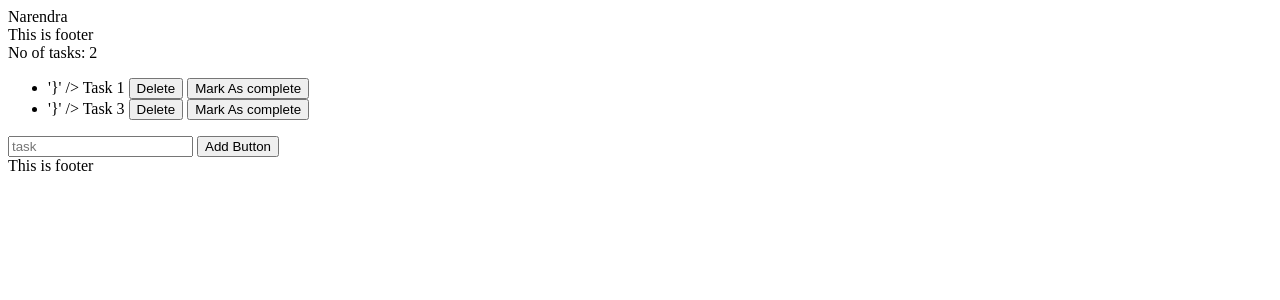
Repository: narendraiitm/jan-2023-term-live-session
Page: todo-vue/index.html
These files come from the project's save history. The page is drawn as it stood at one moment and after the next save; the edit follows.
The browser window is 1280 px wide. The pictures show the whole page.

Above is the page before, as saved 2023-02-16 17:48:00.

After the next save:
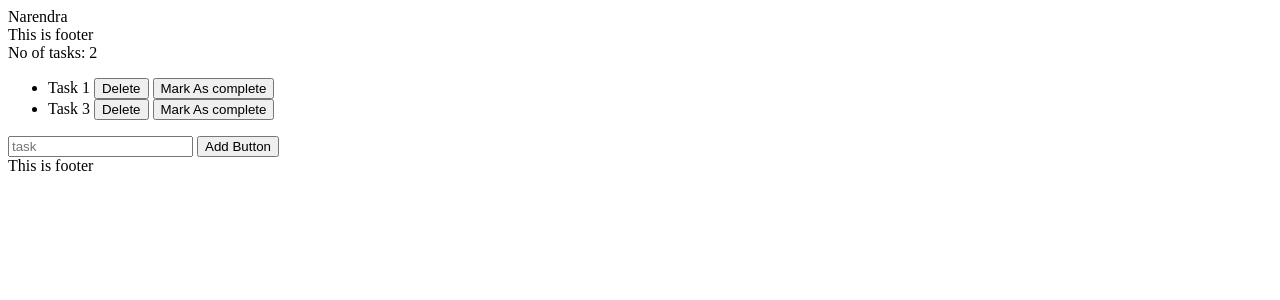
Saved 6 s later.
--- a/todo-vue/app.js
+++ b/todo-vue/app.js
@@ -24,7 +24,7 @@ new Vue({
   <ul>
 
     <li v-for='(task, index) in tasks'>
-        <Task childTask='{name: 'Narendra'}' />
+        <Task childTask="{name: 'Narendra'}" />
         <span :class='{complete: task.complete}'>{{task.name}}</span>
         <button @click='deleteTask(index)'> Delete</button>
         <button @click='markAsComplete(index)'> Mark As complete</button>
